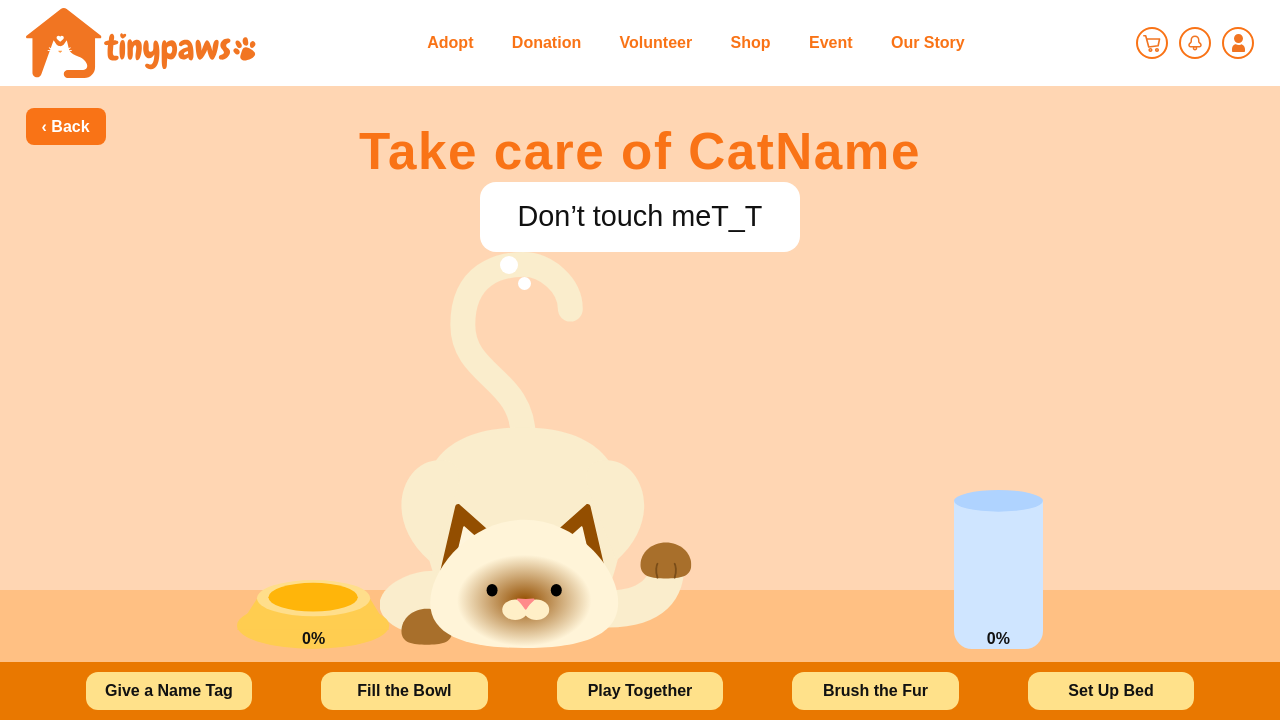
Repository: LShuyanLi/TinyPaws
Page: /, after clicking the first element matching `div > div`
An editor plug-in stored every save of this project. The page is shown before and after the next save, followed by the edit.
The browser window is 1280 px wide. The pictures show the whole page.
The project was rebuilt for these pictures with package versions that can differ from the ones it lists, and the page was loaded fresh each time. The framework's server and built-in components were replaced by stand-ins that run in the browser. Also part of the build but not shown: next.config.mjs.

Above is the page before, as saved 2026-05-09 23:45:06.

### app/layout.js
import { Geist, Geist_Mono } from "next/font/google";
import "./globals.css";

const geistSans = Geist({
  variable: "--font-geist-sans",
  subsets: ["latin"],
});

const geistMono = Geist_Mono({
  variable: "--font-geist-mono",
  subsets: ["latin"],
});

export const metadata = {
  title: "Create Next App",
  description: "Generated by create next app",
};

export default function RootLayout({ children }) {
  return (
    <html lang="en" className={`${geistSans.variable} ${geistMono.variable}`}>
      <body>{children}</body>
    </html>
  );
}

### app/page.js
"use client";

import { useState } from "react";

import Header from "@/components/shared/Header";
import ChooseScreen from "@/components/shuyan/ChooseScreen";
import PlayScreen from "@/components/shuyan/PlayScreen";



export default function Home() {
  const [screen, setScreen] = useState("choose");
  const [selectedCat, setSelectedCat] = useState(null);

  function goToChoose() {
    setScreen("choose");
  }

  function goToPlay(catImage) {
    setSelectedCat(catImage);
    setScreen("play");
  }

  return (
    <main
      style={{
        width: "100vw",
        height: "100vh",
        margin: 0,
        overflow: "hidden",
        fontFamily: "Arial, Helvetica, sans-serif",
        backgroundColor: "#ffd6b3",
      }}
    >
      <Header />

      {screen === "choose" && (
        <ChooseScreen goToPlay={goToPlay} />
      )}

      {screen === "play" && (
        <PlayScreen
        goToChoose={goToChoose}
        selectedCat={selectedCat} />
      )}
    </main>
  );
}

### app/globals.css
:root {
  --background: #ffffff;
  --foreground: #171717;
}

@media (prefers-color-scheme: dark) {
  :root {
    --background: #0a0a0a;
    --foreground: #ededed;
  }
}

html {
  height: 100%;
}

html,
body {
  max-width: 100vw;
  overflow-x: hidden;
}

body {
  min-height: 100%;
  display: flex;
  flex-direction: column;
  color: var(--foreground);
  background: var(--background);
  font-family: Arial, Helvetica, sans-serif;
  -webkit-font-smoothing: antialiased;
  -moz-osx-font-smoothing: grayscale;
}

* {
  box-sizing: border-box;
  padding: 0;
  margin: 0;
}

a {
  color: inherit;
  text-decoration: none;
}

@media (prefers-color-scheme: dark) {
  html {
    color-scheme: dark;
  }
}

### components/shared/Header.jsx
// Displays the decorative top navigation area with the logo, nav menu, and icons.

export default function Header() {
  return (
    <header
      style={{
        width: "100%",
        height: "12vh",
        backgroundColor: "#ffffff",
        display: "flex",
        alignItems: "center",
        justifyContent: "space-between",
        padding: "0 2vw",
        boxSizing: "border-box",
      }}
    >
      <img
        src="/Logo.svg"
        alt="TinyPaws logo"
        style={{
          width: "18vw",
          minWidth: "150px",
          maxWidth: "270px",
          height: "auto",
        }}
      />

      <nav
        style={{
          display: "flex",
          gap: "3vw",
          color: "#f97316",
          fontWeight: "700",
          fontSize: "1rem",
        }}
      >
        <span>Adopt</span>
        <span>Donation</span>
        <span>Volunteer</span>
        <span>Shop</span>
        <span>Event</span>
        <span>Our Story</span>
      </nav>

      <div
        style={{
          display: "flex",
          gap: "0.7rem",
        }}
      >
        <button style={iconButtonStyle}>
         <img src="/chart.svg" style={iconImageStyle} />
        </button>

        <button style={iconButtonStyle}>
          <img src="/bell.svg" style={iconImageStyle} />
        </button>

        <button style={iconButtonStyle}>
         <img src="/user.svg" style={iconImageStyle} />
        </button>
      </div>
    </header>
  );
}

const iconButtonStyle = {
  width: "2rem",
  height: "2rem",
  border: "2px solid #f97316",
  borderRadius: "50%",
  backgroundColor: "#ffffff",
  color: "#f97316",
  cursor: "pointer",
  display: "flex",
  alignItems: "center",
  justifyContent: "center",
};

const iconImageStyle = {
  width: "1.1rem",
  height: "1.1rem",
  objectFit: "contain",
  display: "block",
};

### components/shuyan/ChooseScreen.jsx
import PokeCatBall from "@/components/shuyan/PokeCatBall";

export default function ChooseScreen({ goToPlay }) {

    return (
        <section
        style={{
            position: "relative",
            width: "100%",
            height: "88vh",
            backgroundColor: "#ffd6b3",
        }}
        >

        <h1
            style={{
            margin: 0,
            paddingTop: "5vh",
            textAlign: "center",
            color: "#f97316",
            fontSize: "clamp(2rem, 4vw, 3.3rem)",
            fontWeight: "700",
            letterSpacing: "0.03em",
            }}
        >
            Choose Your New Little Friend
        </h1>

        <div
            style={{
            position: "relative",
            zIndex: 5,
            width: "100%",
            display: "flex",
            justifyContent: "space-around",
            alignItems: "flex-start",
            marginTop: "8vh",
            padding: "0 4vw",
            boxSizing: "border-box",
            }}
        >
            <PokeCatBall
                closeBall="/CloseBall.svg"
                openBall="/OpenBall-1.svg"
                catImage="/cat-1.svg"
                goToPlay={goToPlay} />
            <PokeCatBall
                closeBall="/CloseBall.svg"
                openBall="/OpenBall-2.svg"
                catImage="/cat-2.svg"
                goToPlay={goToPlay} />
            <PokeCatBall
                closeBall="/CloseBall.svg"
                openBall="/OpenBall-3.svg"
                catImage="/cat-3.svg"
                goToPlay={goToPlay} />
        </div>

        <div
            style={{
            position: "absolute",
            left: 0,
            bottom: "7.5vh",
            width: "100%",
            height: "10vh",
            backgroundColor: "#ffc083",
            }}
        />

        <div
            style={{
            position: "absolute",
            left: 0,
            bottom: 0,
            width: "100%",
            height: "7.5vh",
            backgroundColor: "#e97800",
            }}
        />
        </section>
    );
}

### components/shuyan/PlayScreen.jsx
// PlayScreen.jsx: Builds the main cat play screen with the background, cat area, feeding area, tools, bed, and bottom buttons.

import BackButton from "@/components/shuyan/BackButton";
import BottomActionBar from "@/components/shuyan/BottomActionBar";
import CatDisplay from "@/components/shared/CatDisplay";
import FoodBowl from "@/components/Jinwon/FoodBowl";
import WaterBottle from "@/components/Jinwon/WaterBottle";
import CatEmotion from "@/components/Jessica/CatEmotion";

export default function PlayScreen({ goToChoose, selectedCat }) {
  return (
    <section
      style={{
        position: "relative",
        width: "100%",
        height: "88vh",
        backgroundColor: "#ffd6b3",
        overflow: "hidden",
      }}
    >
      <BackButton goToChoose={goToChoose}/>

      <h1
        style={{
          margin: 0,
          paddingTop: "5vh",
          textAlign: "center",
          color: "#f97316",
          fontSize: "clamp(2rem, 4vw, 3.3rem)",
          fontWeight: "700",
          letterSpacing: "0.03em",
          position: "relative",
          zIndex: 5,
        }}
      >
        Take care of CatName
      </h1>

      {/* Light orange ground */}
      <div
        style={{
          position: "absolute",
          left: 0,
          bottom: "8vh",
          width: "100%",
          height: "10vh",
          backgroundColor: "#ffc083",
          zIndex: 1,
        }}
      />

      {/* Main play area */}
      <div
        style={{
          position: "absolute",
          left: "50%",
          bottom: "10vh",
          transform: "translateX(-50%)",
          width: "75vw",
          height: "50vh",
          zIndex: 5,
        }}
      >
        <CatEmotion />
        <FoodBowl />
        <CatDisplay selectedCat={selectedCat}/>
        <WaterBottle />
      </div>

      <BottomActionBar />
    </section>
  );
}

### components/shuyan/PokeCatBall.jsx
"use client";
// Displays one selectable pokeCAT ball and shows its cat preview on hover.

import { useState } from "react";

export default function PokeCatBall({ closeBall, openBall, goToPlay, catImage }) {

    const [isHover, setIsHover] = useState(false);

    function pokecatBall() {
        if (!isHover) {
            return closeBall;
        } else {
            return openBall;
        }
    }

    return (
        <div
            onClick={() => goToPlay(catImage)}
            onMouseEnter={() => setIsHover(true)}
            onMouseLeave={() => setIsHover(false)}
            style={{
                width: "24vw",
                maxWidth: "380px",
                minWidth: "230px",
                height: "50vh",
                display: "flex",
                alignItems: "flex-start",
                justifyContent: "center",
                cursor: "pointer"
            }}
        >
        <img
            src={pokecatBall()}
            style={{
            width: "90%",
            objectFit: "contain",
            display: "block",
            }}
        />
        </div>
    );
}

### components/shuyan/BackButton.jsx
// Displays the back button and returns the user to the cat selection screen.


export default function BackButton({ goToChoose }) {
  return (
    <button
        onClick={goToChoose}
        style={{
            position: "absolute",
            top: "3vh",
            left: "2vw",
            backgroundColor: "#f97316",
            color: "#ffffff",
            border: "none",
            borderRadius: "8px",
            padding: "0.6rem 1rem",
            fontSize: "1rem",
            fontWeight: "600",
            cursor: "pointer",
            zIndex: 10,
      }}
    >
      ‹ Back
    </button>
  );
}

### components/shuyan/BottomActionBar.jsx
"use client";

// BottomActionBar.jsx: Displays the bottom interaction buttons and shows each hover bubble.

import { useState } from "react";

export default function BottomActionBar( {
  activeButton,
  setActiveButton,
  setSelectedBed, //these three are for the bed feature
  ballSpeed,
  setBallSpeed, //these two are for the play ball feature
  featherActive,
  setFeatherActive,
}) {
  return (
    <div
      style={{
        position: "absolute",
        left: 0,
        bottom: 0,
        width: "100%",
        height: "8vh",
        backgroundColor: "#e97800",
        display: "flex",
        alignItems: "center",
        justifyContent: "space-around",
        padding: "0 4vw",
        boxSizing: "border-box",
        zIndex: 20,
      }}
    >
      {/* Name button - Elina can connect this to NameTag modal later */}
      <div style={{ position: "relative" }}>
        <button style={buttonStyle}>Give a Name Tag</button>
      </div>

      {/* Feed button - Jinwon */}
      <div
        onMouseEnter={() => setActiveButton("feed")}
        onMouseLeave={() => setActiveButton(null)}
        style={{ position: "relative" }}
      >
        {activeButton === "feed" && (
          <div style={bubbleStyle}>
            <img src="/bubble-3.svg" style={bubbleBackgroundStyle} />

            {/* dry food option - Jinwon can add onClick here */}
            <img
              src="/dryfood.svg"
              style={{
                position: "absolute",
                top: "8%",
                left: "50%",
                transform: "translateX(-50%)",
                width: "45%",
                height: "auto",
                cursor: "pointer",
              }}
            />

            {/* wet food option - Jinwon can add onClick here */}
            <img
              src="/wetfood.svg"
              style={{
                position: "absolute",
                top: "34%",
                left: "50%",
                transform: "translateX(-50%)",
                width: "45%",
                height: "auto",
                cursor: "pointer",
              }}
            />

            {/* water option - Jinwon can add onClick here */}
            <img
              src="/water.svg"
              style={{
                position: "absolute",
                top: "60%",
                left: "50%",
                transform: "translateX(-50%)",
                width: "38%",
                height: "auto",
                cursor: "pointer",
              }}
            />
          </div>
        )}

        <button style={buttonStyle}>Fill the Bowl</button>
      </div>

      {/* Play button - Jonah handles ball/feather, Elina handles hand */}
      <div
        style={{ position: "relative" }}
      >
        {activeButton === "play" && (
          <div style={bubbleStyle}>
            <img src="/bubble-3.svg" style={bubbleBackgroundStyle} />

            {/* ball option - Jonah can add onClick here */}
            <img
              src="/ball.svg"
                onClick={() => {
                setFeatherActive(false);

                setBallSpeed(prev =>
                  prev === "stop"
                    ? "slow"
                    : prev === "slow"
                    ? "fast"
                    : "stop"
                );
              }}
              style={{
                position: "absolute",
                top: "8%",
                left: "50%",
                transform: "translateX(-50%)",
                width: "42%",
                height: "auto",
                cursor: "pointer",
                opacity: ballSpeed === "stop" ? 0.5 : 1
              }}
            />

            {/* feather option - Jonah can add onClick here */}
            <img
              src="/feather.svg"
              onClick={() => {
                setBallSpeed("stop");
                setFeatherActive(prev => !prev);
              }}
              style={{
                position: "absolute",
                top: "30%",
                left: "50%",
                transform: "translateX(-50%)",
                width: "55%",
                height: "auto",
                cursor: "pointer",
              }}
            />

            {/* hand option - Elina can add onClick here */}
            <img
              src="/hand.svg"
              style={{
                position: "absolute",
                top: "55%",
                left: "50%",
                transform: "translateX(-50%)",
                width: "42%",
                height: "auto",
                cursor: "pointer",
              }}
            />
          </div>
        )}

        <button
          style={buttonStyle}
          onClick={() =>
            setActiveButton(activeButton === "play" ? null : "play")
          }
        >Play Together</button>
      </div>

      {/* Brush button - Elina */}
      <div
        onMouseEnter={() => setActiveButton("brush")}
        onMouseLeave={() => setActiveButton(null)}
        style={{ position: "relative" }}
      >
        {activeButton === "brush" && (
          <div style={bubbleStyle}>
            <img src="/bubble-1.svg" style={bubbleBackgroundStyle} />

            {/* brush option - Elina can add onClick here */}
            <img
              src="/brush.svg"
              style={{
                position: "absolute",
                top: "22%",
                left: "50%",
                transform: "translateX(-50%)",
                width: "55%",
                height: "auto",
                cursor: "pointer",
              }}
            />
          </div>
        )}

        <button style={buttonStyle}>Brush the Fur</button>
      </div>

      {/* Bed button - Jonah */}
      <div
        style={{ position: "relative" }}
      >
        {activeButton === "bed" && (
          <div style={bubbleStyle}>
            <img src="/bubble-2.svg" style={bubbleBackgroundStyle} />

            {/* yellow bed option - Jonah can add onClick here */}
            <img
              src="/bed-1.svg"
              onClick={() => {
                setSelectedBed(prev =>
                  prev === "yellow" ? null : "yellow"
                );
              }}
              style={{
                position: "absolute",
                top: "12%",
                left: "50%",
                transform: "translateX(-50%)",
                width: "55%",
                height: "auto",
                cursor: "pointer",
              }}
            />

            {/* green bed option - Jonah can add onClick here */}
            <img
              src="/bed-2.png"
              onClick={() => {
                setSelectedBed(prev =>
                  prev === "green" ? null : "green"
                );
              }}
              style={{
                position: "absolute",
                top: "48%",
                left: "50%",
                transform: "translateX(-50%)",
                width: "55%",
                height: "auto",
                cursor: "pointer",
              }}
            />
          </div>
        )}

        <button
          style={buttonStyle}
          onClick={() =>
            setActiveButton(activeButton === "bed" ? null : "bed")
          }
        >Set Up Bed</button>
      </div>
    </div>
  );
}

const buttonStyle = {
  width: "13vw",
  minWidth: "150px",
  maxWidth: "200px",
  height: "2.4rem",
  border: "none",
  borderRadius: "12px",
  backgroundColor: "#ffe18a",
  color: "#111111",
  fontSize: "1rem",
  fontWeight: "600",
  cursor: "pointer",
};

const bubbleStyle = {
  position: "absolute",
  left: "50%",
  bottom: "3.4rem",
  transform: "translateX(-50%)",
  width: "7vw",
  minWidth: "95px",
  maxWidth: "140px",
  zIndex: 40,
};

const bubbleBackgroundStyle = {
  width: "100%",
  height: "auto",
  display: "block",
};

### components/shared/CatDisplay.jsx
// CatDisplay.jsx: Displays the selected cat image on the play screen.

export default function CatDisplay({
  selectedBed,
  ballSpeed,
  featherActive,
}) {
  let catImage = "/cat-1.svg";

  let catStyle = {
    width: "48%",
    height: "48%",
    objectFit: "contain",
    position: "absolute",
    bottom: "0px",
    left: "110px",
  };

  if (featherActive) {
    catImage = "/catreach-1.svg";

    catStyle = {
      ...catStyle,
      width: "110%",
      left: "0px",
    }

  } else if (ballSpeed !== "stop") {
    catImage = "/catcrouch-1.svg";
  }

  return (
    <div
      style={{
        position: "absolute",
        left: "50%",
        bottom: "0",
        transform: "translateX(-50%)",
        zIndex: 1,
      }}
    >
      {selectedBed === "yellow" && (
        <img
          src="/yellow-bed.svg"
          style={{
            position: "absolute",
            bottom: "-130px",
            left: "50%",
            transform: "translateX(-50%)",
            width: "30vw",
            minWidth: "200px",
            zIndex: 0,
          }}
        />
      )}

      {selectedBed === "green" && (
        <img
          src="/green-bed.svg"
          style={{
            position: "absolute",
            bottom: "-130px",
            left: "50%",
            transform: "translateX(-50%)",
            width: "30vw",
            minWidth: "200px",
            zIndex: 0,
          }}
        />
      )}
      <div
        style={{
          width: "825px",
          height: "825px",
          position: "relative",
        }}
      >
        <img
          src={catImage}
          style={catStyle}
        />
      </div>
    </div>
  );
}

### components/Jinwon/FoodBowl.jsx
// FoodBowl.jsx: Displays the bowl and shows dry or wet food when the bowl is clicked.

export default function FoodBowl({ bowlType }) {
  const isBowlFilled = bowlType === "dry" || bowlType === "wet";
  const fillImage = bowlType === "wet" ? "/wetfood.svg" : "/dryfood.svg";

  return (
    <div
      style={{
        position: "absolute",
        left: "8%",
        bottom: "0",
        zIndex: 10,
        textAlign: "center",
      }}
    >
      <img
        src="/bowl.svg"
        style={{
          width: "12vw",
          minWidth: "120px",
          maxWidth: "190px",
          height: "auto",
          display: "block",
        }}
      />

      {isBowlFilled && (
        <img
          src={fillImage}
          style={{
            position: "absolute",
            left: "50%",
            bottom: "22px",
            transform: "translateX(-50%)",
            width: "50%",
            height: "auto",
          }}
        />
      )}

      <p
        style={{
          margin: "-1.2rem 0 0",
          color: "#111111",
          fontSize: "1rem",
          fontWeight: "700",
        }}
      >
        {isBowlFilled ? "100%" : "0%"}
      </p>
    </div>
  );
}

### components/Jinwon/WaterBottle.jsx
// WaterBottle.jsx: Displays the water bottle and shows water level when the bottle is clicked.

export default function WaterBottle({ hasWater }) {
  const isBottleFilled = hasWater;

  return (
    <div
      style={{
        position: "absolute",
        right: "8%",
        bottom: "0",
        zIndex: 10,
        textAlign: "center",
      }}
    >
      <img
        src="/water-bottle.svg"
        style={{
          width: "7vw",
          minWidth: "80px",
          maxWidth: "130px",
          height: "auto",
          display: "block",
        }}
      />

      {isBottleFilled && (
        <img
          src="/water.svg"
          style={{
            position: "absolute",
            left: "50%",
            bottom: "22px",
            transform: "translateX(-50%)",
            width: "44%",
            height: "auto",
          }}
        />
      )}

      <p
        style={{
          margin: "-1.2rem 0 0",
          color: "#111111",
          fontSize: "1rem",
          fontWeight: "700",
        }}
      >
        {isBottleFilled ? "100%" : "0%"}
      </p>
    </div>
  );
}

### components/Jessica/CatEmotion.jsx
// CatEmotion.jsx: Displays the cat’s emotion emoji and thought bubble based on interaction results.

export default function CatEmotion() {
  return (
    <div
      style={{
        position: "absolute",
        left: "50%",
        bottom: "55vh",
        transform: "translateX(-50%)",
        zIndex: 30,
      }}
    >
      {/* Thought bubble box */}
      <div
        style={{
          position: "relative",
          width: "320px",
          minHeight: "70px",
          backgroundColor: "#ffffff",
          borderRadius: "16px",
          display: "flex",
          alignItems: "center",
          justifyContent: "center",
          padding: "0 1.5rem",
          boxSizing: "border-box",
          color: "#111111",
          fontSize: "1.8rem",
          fontWeight: "400",
        }}
      >
        Don’t touch meT_T
      </div>

      {/* Small bubble dots */}
      <div
        style={{
          position: "absolute",
          left: "20px",
          bottom: "-22px",
          width: "18px",
          height: "18px",
          backgroundColor: "#ffffff",
          borderRadius: "50%",
        }}
      />

      <div
        style={{
          position: "absolute",
          left: "38px",
          bottom: "-38px",
          width: "13px",
          height: "13px",
          backgroundColor: "#ffffff",
          borderRadius: "50%",
        }}
      />
    </div>
  );
}

After the next save:
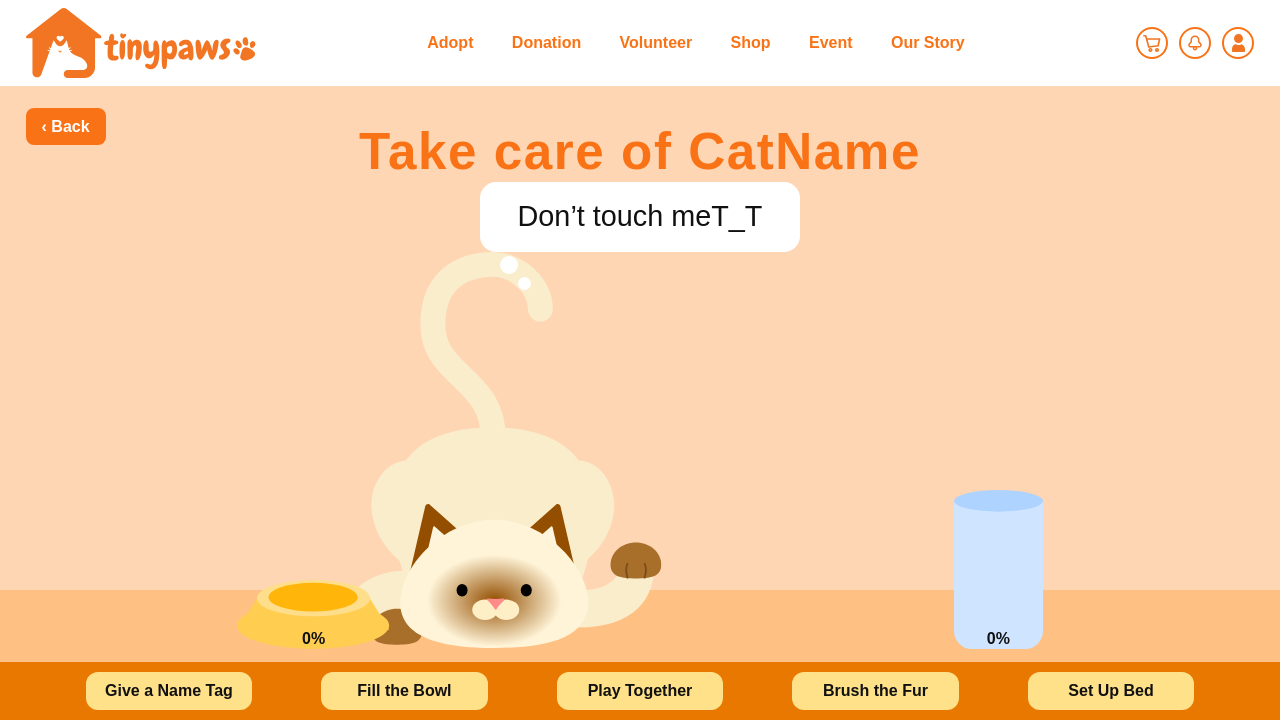
Saved 11 s later.
--- a/components/shared/CatDisplay.jsx
+++ b/components/shared/CatDisplay.jsx
@@ -13,7 +13,7 @@ export default function CatDisplay({
     objectFit: "contain",
     position: "absolute",
     bottom: "0px",
-    left: "110px",
+    left: "80px",
   };
 
   if (featherActive) {
